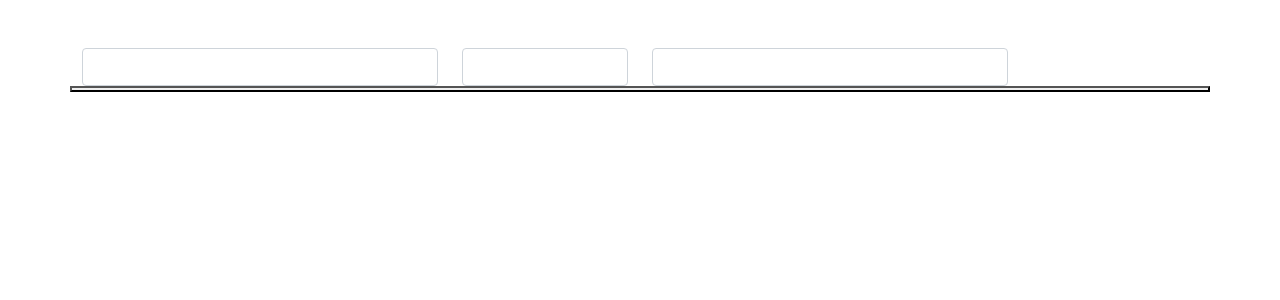
Repository: Ahmedalid/testing
Page: test.html
An editor plug-in stored every save of this project. The page is shown before and after a run of saves, followed by the edit.
The browser window is 1280 px wide. The pictures show the whole page.

Above is the page before, as saved 2023-06-24 17:50:14.

### test.html
<!DOCTYPE html>
<html lang="en">
<head>
    <meta charset="UTF-8">
    <meta name="viewport" content="width=device-width, initial-scale=1.0">
    <link rel="stylesheet" href="bootstrap.min.css">
    <title>Document</title>
</head>
<body>

    <!-- ##################1  -->
  <!-- <div class="container">
    <div class="row" id="my-row">

    </div>

  </div> -->
  <!-- ################### -->
  <!-- 2 -->
  <!-- <input type="text" class="form-control w-100" name="" id="user">
  <button class="btn " onclick="say()">say</button> -->
  <!-- 3 -->

  <!-- <div class="container">
    <div class="row py-5" id="my-row">
        <div>
            <input type="text" class="form-control" id="userNamInp" name="" id="">
            <button class="btn btn-info my-2 w-25" onclick="sayhello()">hell</button>
        </div>
        <div id="print" class="text-center"></div>
    </div>
  </div> -->
  <!-- 4 -->
  <div class="container">
    <div class="row py-5" id="my-row">
        <div class="col-md-4">
            <input type="number" class="form-control" id="number1" name="" >
            <!-- <button class="btn btn-info my-2 w-25" onclick="sayhello()">hell</button> -->
        </div>
        <div class="col-md-2">
            <input type="text" class="form-control" id="op" name="" >
            <!-- <button class="btn btn-info my-2 w-25" onclick="sayhello()">hell</button> -->
        </div>
        <div class="col-md-4">
            <input type="number" class="form-control" id="number2" name="" >
            <!-- <button class="btn btn-info my-2 w-25" onclick="sayhello()">hell</button> -->
        </div>
        <button></button>
        <div id="print" class="text-center"></div>
    </div>
  </div>

    <script src="bootstrap.bundle.min.js"></script>
    <script src="min.js"></script>

</body>
</html>

### min.js
// var x = Number( prompt("plz enter your number"))
// var y = Number( prompt("plz enter your Year"))
// var r = x + y
// console.log(r)


// var user = window.prompt("plz enter your username")

// if(user == "Admin"){
//     console.log("You Can add , Delete , edit , list");
// }
// else if(user == "Editor"){
//     console.log("You Can add  , list");
// }
// else if(user == "Viwer"){
//     console.log("You Can    list");
// }
// else {
//     console.log("Sorry");
// }

// var grade = window.prompt("plz enter grade")
// if (grade>0 && grade<= 100){
//     if(grade >= 85 && grade <=100){
//         console.log("A")
//     }
//      else if(grade >= 75 && grade <85){
//         console.log("B")
//     }
//      else if(grade >= 65 && grade <75){
//         console.log("C")
//     }
//      else if(grade >= 50 && grade <65){
//         console.log("D")
//     }else{
//         console.log("faill")
//     }
// }
// else{
//     console.log("FAIL")
// }

// ################################################
// var empty = ``
// for (var i = 0; i <100 ; i++){
//     empty += `
//     <div class="col-md-4">
//     <div class="bg-info">
//         <img src="2 (1).jpg" alt="" class="w-100">
//         <h1>ahmed Walid</h1>
//         <p>Lorem ipsum dolor sit amet consectetur adipisicing elit. Accusantium, architecto!</p>

//     </div>
// </div>
//     `
// }
// document.getElementById("my-row").innerHTML = empty
// ######################################
// for ( ; ; ){
//     console.log("ahmed")
// }
// ######################################
// 2
// var user = document.getElementById("user")
// function say(){
//     console.log(user.value)
// }
// 3
// function sayhello(){
//     var userNamInp = document.getElementById("userNamInp").value

//     document.getElementById("print").innerHTML=
//     `<span class="text-danger">Welcome ${userNamInp}</span>`
// }
var num1 =document.getElementById("number1")
var num2 =document.getElementById("number2")
console.log(num1);
console.log(num2);
function sum(){
    var result = Number(num1.value)+
    Number(num2.value)
    document.getElementById("print").innerHTML=`<span class="text-danger">Result ${result}</span>`
}

Loaded but not shown: bootstrap.min.css (library); bootstrap.bundle.min.js (library)

After the next 4 saves:
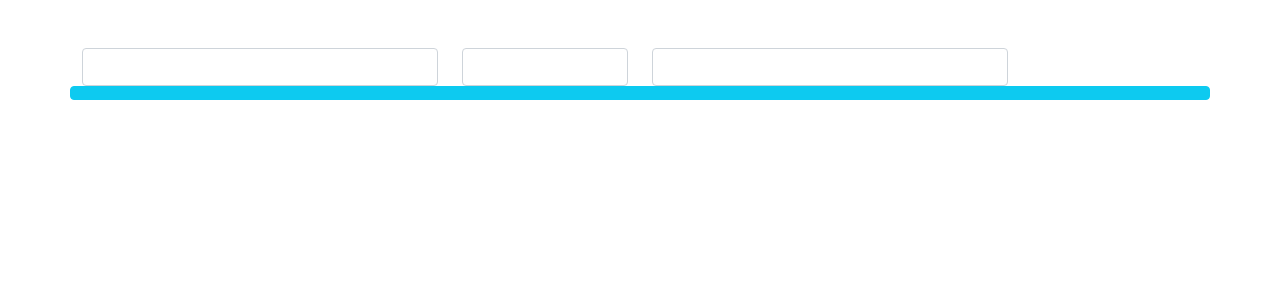
The 4 saves are shown as one change because they came seconds apart.
The last was saved 17 s later.
--- a/test.html
+++ b/test.html
@@ -45,7 +45,7 @@
             <input type="number" class="form-control" id="number2" name="" >
             <!-- <button class="btn btn-info my-2 w-25" onclick="sayhello()">hell</button> -->
         </div>
-        <button></button>
+        <button class="btn btn-info"></button>
         <div id="print" class="text-center"></div>
     </div>
   </div>
